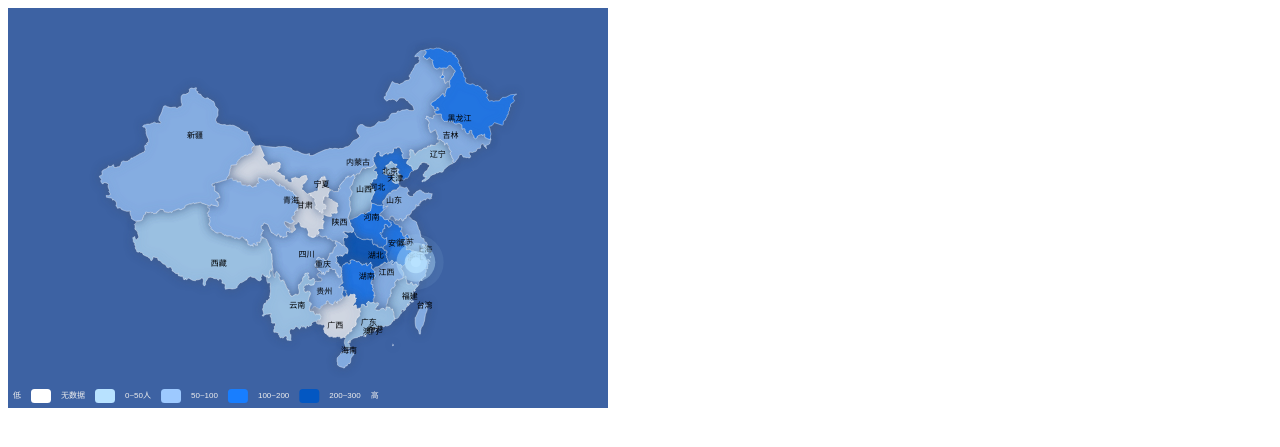
Repository: 572031690/echartssimple
Page: 21.地图常见效果_地图和散点图结合.html
The author's editor kept a copy of each file at every save. The page is drawn from the files as they stood at one save, then again after the next save.
The browser window is 1280 px wide. The pictures show the whole page.

Above is the page before, as saved 2021-08-11 12:45:52.

### 21.地图常见效果_地图和散点图结合.html
<!DOCTYPE html>
<html lang="en">

<head>
  <meta charset="UTF-8">
  <meta name="viewport" content="width=device-width, initial-scale=1.0">
  <meta http-equiv="X-UA-Compatible" content="ie=edge">
  <title>Document</title>
  <script src="lib/echarts.min.js"></script>
  <script src="lib/jquery.min.js"></script>
</head>

<body>
  <div style="width: 600px;height:400px;background-color:#3D62A3;"></div>

  <script>
    //1. 给series下增加一个新的对象
    //2. 准备数据散点数据  , 配置给series下的另外一个对象
    //3. 配置series下的新对象的type值为effectScatter
    //4. 指明散点图的坐标系统为geo
    //5. 调整涟漪动画效果
    var airData = [
      { name: '北京', value: 39.92 },
      { name: '天津', value: 39.13 },
      { name: '上海', value: 31.22 },
      { name: '重庆', value: 66 },
      { name: '河北', value: 147 },
      { name: '河南', value: 113 },
      { name: '云南', value: 25.04 },
      { name: '辽宁', value: 50 },
      { name: '黑龙江', value: 114 },
      { name: '湖南', value: 175 },
      { name: '安徽', value: 117 },
      { name: '山东', value: 92 },
      { name: '新疆', value: 84 },
      { name: '江苏', value: 67 },
      { name: '浙江', value: 84 },
      { name: '江西', value: 96 },
      { name: '湖北', value: 273 },
      { name: '广西', value: 0 },
      { name: '甘肃', value: 0 },
      { name: '山西', value: 39 },
      { name: '内蒙古', value: 58 },
      { name: '陕西', value: 61 },
      { name: '吉林', value: 51 },
      { name: '福建', value: 29 },
      { name: '贵州', value: 71 },
      { name: '广东', value: 38 },
      { name: '青海', value: 57 },
      { name: '西藏', value: 24 },
      { name: '四川', value: 58 },
      { name: '宁夏', value: 0 },
      { name: '海南', value: 54 },
      { name: '台湾', value: 88 },
      { name: '香港', value: 66 },
      { name: '澳门', value: 77 },
      { name: '南海诸岛', value: 55 }
    ]
    var scatterData = [
      {
        value: [120.213042, 29.86119]
      }
    ]
    var mCharts = echarts.init(document.querySelector("div"))
    $.get('json/map/china.json', function (ret) {
      // ret 就是中国的各个省份的矢量地图数据
      console.log(ret)
      echarts.registerMap('chinaMap', ret)
      var option = {
        geo: {
          type: 'map',
          map: 'chinaMap', // chinaMap需要和registerMap中的第一个参数保持一致
          roam: true, // 设置允许缩放以及拖动的效果
          label: {
            show: true, // 展示标签
            textStyle: {
              fontSize: 8,
              textWeight:900
            }
          },
          itemStyle: {
            normal: {
              areaColor: '#416cbb',//地图区域的颜色。
              borderColor: '#fff',//图形的描边颜色。支持的颜色格式同 color，不支持回调函数。
              shadowColor: '#41587f',//阴影颜色。#41587f
              shadowBlur: 10,//图形阴影的模糊大小。
              opacity: 0.75//图形透明度
            },
            emphasis: {
              areaColor: '#fdd145'
            }
          }
        },
        series: [
          {
            data: airData,
            geoIndex: 0, // 将空气质量的数据和第0个geo配置关联在一起
            type: 'map'
          },
          {
            data: scatterData, // 配置散点的坐标数据
            type: 'effectScatter',
            coordinateSystem: 'geo', // 指明散点使用的坐标系统  geo的坐标系统
            rippleEffect: {
              scale: 6 // 设置涟漪动画的缩放比例
            }
          }
        ],
        visualMap: {
          // type: 'continuous',
          type: 'piecewise',
          min: 0,
          max: 300,
          text: ['高', '低'],//两端的文本，如 ['High', 'Low']
          showLabel:true,           //是否显示每项的文本标签
          orient:"horizontal",     //图例排列方向 水平horizontal 垂直vertical
          //
          indicatorStyle: {
            borderColor:'red',
            borderWidth: 1,
          },
          textStyle: {//设置文字颜色（Demo左下组件）
            color: '#eee',
            fontSize:8
          },
          // inRange: {
          //   color: ['#B8E2FF','#9DC9FF','#6CADFF','#187EFF', '#0357C2'] // 控制颜色渐变的范围
          // },

          pieces: [
          // 自定义『分段式视觉映射组件（visualMapPiecewise）』的每一段的范围，以及每一段的文字，以及每一段的特别的样式
            { gt: 200, lte: 300, label: "200~300", color: "#0357C2" }, // (500, 900]
            { gt: 100, lte: 200, label: "100~200", color: "#187EFF" }, // (310, 500]
            { gt: 50, lte: 100, label: "50~100", color: "#9DC9FF" }, // (200, 300]
            { gt: 0, lte: 50, label: "0~50人", color: "#B8E2FF" }, // (10, 200]
            { value:0, label: "无数据", color: "#fff" } // [0]
          ],

          // calculable: true // 出现滑块
        }
      }
      mCharts.setOption(option)
    })

  </script>
</body>

</html>

Loaded but not shown: lib/echarts.min.js (library); lib/jquery.min.js (library); json/map/china.json (common file)

After the next save:
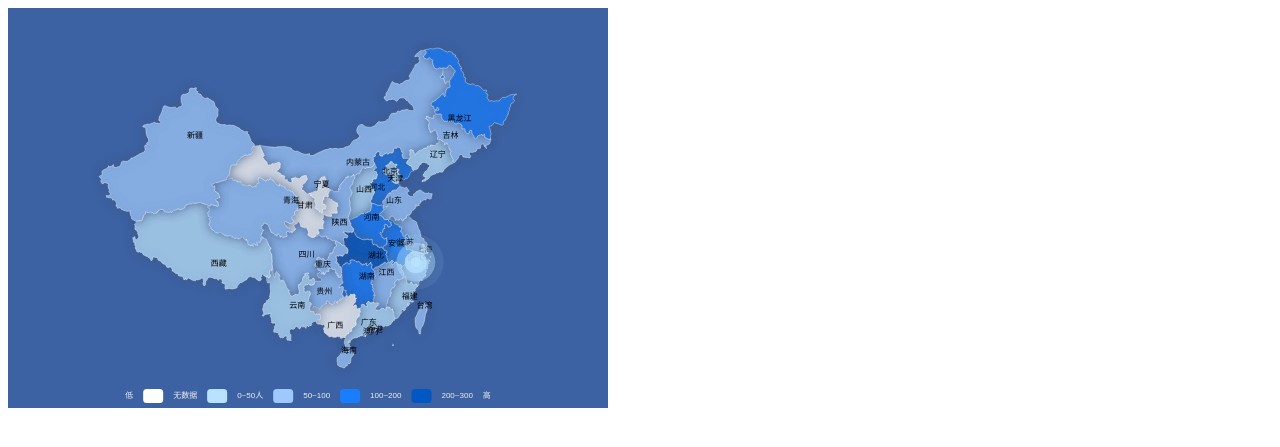
Saved 78 s later.
--- a/21.地图常见效果_地图和散点图结合.html
+++ b/21.地图常见效果_地图和散点图结合.html
@@ -114,7 +114,7 @@
           text: ['高', '低'],//两端的文本，如 ['High', 'Low']
           showLabel:true,           //是否显示每项的文本标签
           orient:"horizontal",     //图例排列方向 水平horizontal 垂直vertical
-          //
+          left:"center",
           indicatorStyle: {
             borderColor:'red',
             borderWidth: 1,
